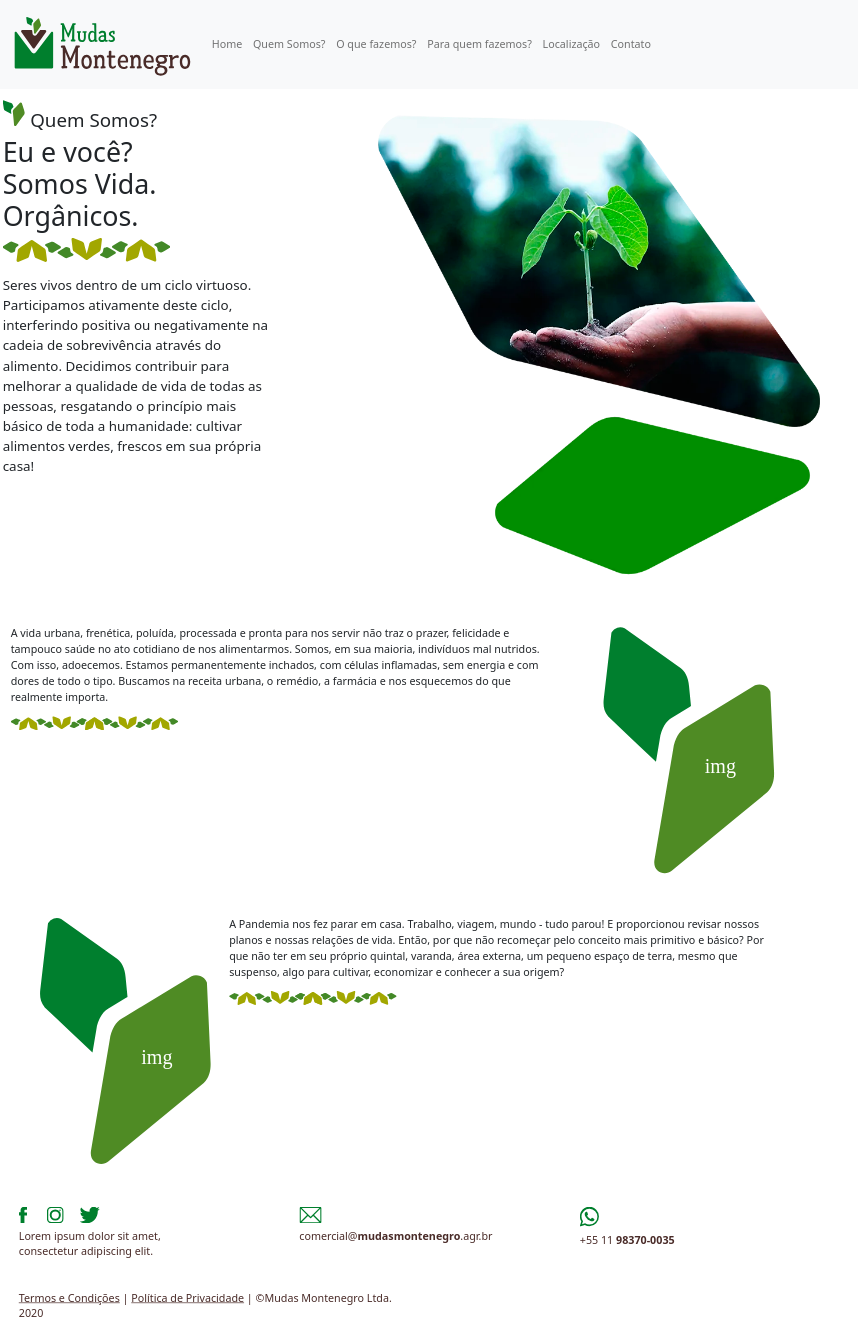
Repository: MaKnok/mudas-montenegro
Page: quem-somos.html
These files come from the project's save history. The page is drawn as it stood at one moment and after the next save; the edit follows.
The browser window is 1280 px wide. The page is 1292 px wide, so the pictures cover 1292 px, including what lies to the right of the window. The pictures show the whole page, at 67% of full size.
Some web libraries are served in a nearby version.

Above is the page before, as saved 2021-06-17 13:08:48.

### quem-somos.html
<!DOCTYPE html>
<html lang="pt-br">

<head>
    <meta charset="utf-8">
    <meta name="viewport" content="width=device-width, initial-scale=1">
    <link rel="icon" type="image/png" href="img/icons/favicon.png"/>
    <title>Mudas Montenegro</title>
    <link href="https://cdn.jsdelivr.net/npm/bootstrap@5.0.1/dist/css/bootstrap.min.css" rel="stylesheet" integrity="sha384-+0n0xVW2eSR5OomGNYDnhzAbDsOXxcvSN1TPprVMTNDbiYZCxYbOOl7+AMvyTG2x" crossorigin="anonymous">
    <script src="https://use.fontawesome.com/releases/v5.0.8/js/all.js"></script>
    <link href="style.css" rel="stylesheet">
</head>

<body>

<!-- Navigation -->
<nav class="navbar navbar-expand-md navbar-light bg-light sticky-top">

  <div class="container-fluid">

      <a class="navbar-brand logo" href="index.html"><img src="img/logo_mudas_mont.svg" alt="Mudas Montenegro"></a>

      <button class="navbar-toggler" type="button" data-toggle="collapse" data-target="#navbarResponsive">
          <span class="navbar-toggler-icon"></span>
      </button>

      <div class="collapse navbar-collapse" id="navbarResponsive">
       <ul class="navbar-nav ml-auto">
            <li class="nav-item active">
              <a class="nav-link" href="index.html">Home</a>
          </li>
            <li class="nav-item">
              <a class="nav-link" href="quem-somos.html">Quem Somos?</a>
            </li>
            <li class="nav-item">
              <a class="nav-link" href="o-que-fazemos.html">O que fazemos?</a>
            </li>
            <li class="nav-item">
              <a class="nav-link" href="para-quem-fazemos.html">Para quem fazemos?</a>
            </li>
            <li class="nav-item">
              <a class="nav-link" href="localizacao.html">Localização</a>
            </li>
            <li class="nav-item">
              <a class="nav-link" href="contato.html">Contato</a>
            </li>
        </ul>
      </div>

  </div>

</nav>

<!--- Intro -->


<div class="row jumbotron section-top">

          <div class="col-xs-12 col-sm-12 col-md-4 col-lg-4 col-xl-4  col-xxl-4 content-top">

            <h3 class="page-title">Quem Somos?</h3>

            <h1 class="page-slogan">
              Eu e você?<br/>
              Somos Vida.<br/>
              Orgânicos.
            </h1>

            <img src="img/leaves_sections.svg" class="leaves-home">

            <p class="lead">
              Seres vivos dentro de um ciclo virtuoso. Participamos ativamente deste ciclo, interferindo positiva ou negativamente na cadeia de sobrevivência através do alimento. Decidimos contribuir para melhorar a qualidade de vida de todas
              as pessoas, resgatando o princípio mais básico de toda a humanidade: cultivar alimentos verdes, frescos em sua própria casa!
            </p>

          </div>

          <div class="col-xs-12 col-sm-12 col-md-8 col-lg-8 col-xl-8  col-xxl-8 image-top">

                    <source srcset="img/leaves_desktop_img.webp 2x,img/leaves_desktop_img.webp"
                    media="(min-width: 992px)"/>

                    <img src="img/leaves_desktop_img.webp" class="img-fluid" alt="Muda">

          </div>

</div>




  <div class="container-fluid padding">

  <div class="row content">

    <div class="col-xs-12 col-sm-12 col-md-7 col-lg-7 col-xl-8">
      <p>
      A vida urbana, frenética, poluída, processada e pronta para nos servir não traz o prazer, felicidade e tampouco saúde no ato cotidiano de nos alimentarmos. Somos, em sua maioria, indivíduos mal nutridos.  Com isso, adoecemos. Estamos permanentemente inchados, com células inflamadas, sem energia e com dores de todo o tipo.
      Buscamos na receita urbana, o remédio, a farmácia e nos esquecemos do que realmente importa.
      </p>
      <img src="img/leaves_section_longer.svg" class="leaves-home">
    </div>

    <div class="col-xs-12 col-sm-12 col-md-4 col-lg-4 col-xl-3">
      <img src="img/img_temp.svg" class="float-left" alt="Vida urbana">
    </div>

  </div>




  <div class="container-fluid padding">

  <div class="row content pandemia">

    <div class="col-xs-12 col-sm-12 col-md-4 col-lg-4 col-xl-3 content-1">
        <img src="img/img_temp.svg" class="float-right" alt="Relações de Vida">
    </div>

    <div class="col-xs-12 col-sm-12 col-md-7 col-lg-7 col-xl-8 content-2">
        <p>
        A Pandemia nos fez parar em casa. Trabalho, viagem, mundo - tudo parou!
        E proporcionou revisar nossos planos e nossas relações de vida. Então, por que não recomeçar pelo conceito mais primitivo e básico? Por que não ter em seu próprio quintal, varanda, área externa, um pequeno espaço de terra, mesmo que suspenso, algo para cultivar, economizar e conhecer a sua origem?
        </p>
        <img src="img/leaves_section_longer.svg" class="leaves-home">
    </div>

  </div>

  </div>






<!--- Footer -->
<footer>

  <div class="container-fluid padding">

    <div class="row text-left">

      <div class="col-md-4">

        <ul class="social-icons">
            <li class="social-icon social-icon_first"><a href="#"><img src="img/icons/facebook.svg"></a></li>
            <li class="social-icon social-icon_second"><a href="#"><img src="img/icons/instagram.svg"></a></li>
            <li class="social-icon social-icon_third"><a href="#"><img src="img/icons/twitter.svg"></a></li>
        </ul>
        <p>Lorem ipsum dolor sit amet, <br/>consectetur adipiscing elit.</p>

      </div>

      <div class="col-md-4">

        <img src="img/icons/mail.svg" class="contact-icon">
        <p>comercial@<span class="phrase-bold">mudasmontenegro</span>.agr.br</p>

      </div>

      <div class="col-md-4">

        <img src="img/icons/whatsapp.svg" class="contact-icon contact-icon-zap">
        <p>+55 11 <span class="phrase-bold">98370-0035</span></p>

      </div>

    </div>

    <div class="row text-left">
        <div class="col-md-6">
          <p class="terms-conditions"><a href="#">Termos e Condições</a> | <a href="#">Política de Privacidade</a> | ©Mudas Montenegro Ltda. 2020 </p>
        </div>
    </div>

  </div>

</footer>

</div>

<script src="https://cdn.jsdelivr.net/npm/bootstrap@5.0.1/dist/js/bootstrap.bundle.min.js" integrity="sha384-gtEjrD/SeCtmISkJkNUaaKMoLD0//ElJ19smozuHV6z3Iehds+3Ulb9Bn9Plx0x4" crossorigin="anonymous"></script>

</body>
</html>

### style.css
@import url("https://fonts.googleapis.com/css2?family=Fira+Sans:ital,wght@0,200;0,300;0,400;0,500;0,600;0,700;1,200;1,300;1,400;1,500;1,600;1,700&display=swap");

/*---Media Queries --*/

html {
  -webkit-box-sizing: border-box;
  -moz-box-sizing: border-box;
  box-sizing: border-box;
}

*,
*:before,
*:after {
  -webkit-box-sizing: border-box;
  -moz-box-sizing: border-box;
  box-sizing: inherit;
}

@media (min-width: 992px) {
  .leaves-home {
    width: 250px;
    margin-bottom: 20px;
  }

  .logo {
    width: 280px;
  }

  .phrase-home {
    font-size: 35px;
    line-height: 45px;
  }

  .carousel-caption {
    width: 550px;
    z-index: 10;
    color: #fff;
    text-align: left;
    top: 40%;
    left: 10%;
    bottom: auto;
    -webkit-transform: translate(0, -50%);
    -ms-transform: translate(0, -50%);
    transform: translate(0, -50%);
  }
}

@media (max-width: 991.98px) {
  .leaves-home {
    width: 190px;
    margin-bottom: 15px;
  }

  .logo {
    width: 220px;
  }

  .phrase-home {
    font-size: 30px;
    line-height: 40px;
  }

  .carousel-caption {
    width: 400px;
    z-index: 10;
    color: #fff;
    text-align: left;
    top: 35%;
    left: 10%;
    bottom: auto;
    -webkit-transform: translate(0, -50%);
    -ms-transform: translate(0, -50%);
    transform: translate(0, -50%);
  }
}

@media (max-width: 767.98px) {
  .carousel-caption {
    width: 400px;
    z-index: 10;
    color: #fff;
    text-align: left;
    top: 35%;
    left: 10%;
    bottom: auto;
    -webkit-transform: translate(0, -50%);
    -ms-transform: translate(0, -50%);
    transform: translate(0, -50%);
  }

  .leaves-home {
    width: 190px;
    margin-bottom: 20px;
  }

  .logo {
    width: 220px;
  }

  .pandemia {
    display: flex;
  }

  .pandemia > .content-2 {
    order: -1;
  }

  .phrase-home {
    font-size: 25px;
    line-height: 35px;
  }

  .section-top {
    display: flex;
  }

  .section-top > .image-top {
    order: -1;
  }
}

@media (max-width: 575.98px) {
  .carousel-caption {
    width: 200px;
    z-index: 10;
    color: #fff;
    text-align: left;
    top: 50%;
    left: 8%;
    bottom: auto;
    -webkit-transform: translate(0, -50%);
    -ms-transform: translate(0, -50%);
    transform: translate(0, -50%);
  }

  .leaves-home {
    width: 130px;
    margin-bottom: 10px;
  }

  .logo {
    width: 180px;
  }

  .phrase-home {
    font-size: 16px;
    line-height: 24px;
  }
}

/*---Firefox Bug Fix --*/
.carousel-item {
  transition: -webkit-transform 0.5s ease;
  transition: transform 0.5s ease;
  transition: transform 0.5s ease, -webkit-transform 0.5s ease;
  -webkit-backface-visibility: visible;
  backface-visibility: visible;
  background-color: #000;
}

/*--- Fixed Background Image --*/
figure {
  position: relative;
  width: 100%;
  height: 60%;
  margin: 0 !important;
}

footer {
  background-color: #fff;
  color: #492b28;
  line-height: 22px;
}

ul,
ol,
li {
  list-style: none;
}

ul {
  padding-inline-start: 0;
  margin-bottom: 0.5rem;
}

.fixed-wrap {
  clip: rect(0, auto, auto, 0);
  position: absolute;
  top: 0;
  left: 0;
  width: 100%;
  height: 100%;
}

#fixed {
  background-image: url("img/mac.png");
  position: fixed;
  display: block;
  top: 0;
  left: 0;
  width: 100%;
  height: 100%;
  background-size: cover;
  background-position: center center;
  -webkit-transform: translateZ(0);
  transform: translateZ(0);
  will-change: transform;
}
/*--- Bootstrap Padding Fix --*/
[class*="col-"] {
  padding: 1rem;
}

.carousel-caption {
  text-align: left;
}

.contact-icon {
  margin-bottom: 0.5rem;
}

.page-title {
  font-weight: ;
}

.page-title::before {
  content: "";
  display: inline-block;
  background-image: url(img/icons/leaves.svg);
  background-size: 33px 40px;
  width: 33px;
  height: 40px;
  margin-right: 8px;
}

.phrase-home {
  font-family: "Fira Sans", sans-serif;
}

.phrase-bold {
  font-weight: 600;
}

.picture-home {
  opacity: 0.7;
}

.section-top {
  background-color: #fff;
}

.social-icons {
  text-align: left;
}

.social-icon:not(:first-child) {
  margin-left: 20px;
}

.social-icon:first-child {
  margin-right: 5px;
}

.social-icon {
  display: inline-block;
}

.social-icon > a > img,
.contact-icon {
  height: 25px;
}

.contact-icon-zap {
  height: 30px;
}

.terms-conditions a {
  color: #492b28;
}

.wrapper {
  padding: 0 2em;
}

/*
Extra small (xs) devices (portrait phones, less than 576px)
No media query since this is the default in Bootstrap

Small (sm) devices (landscape phones, 576px and up)
@media (min-width: 576px) { ... }

Medium (md) devices (tablets, 768px and up)
@media (min-width: 768px) { ... }

Large (lg) devices (desktops, 992px and up)
@media (min-width: 992px) { ... }

Extra (xl) large devices (large desktops, 1200px and up)
@media (min-width: 1200px) { ... }
*/

After the next save:
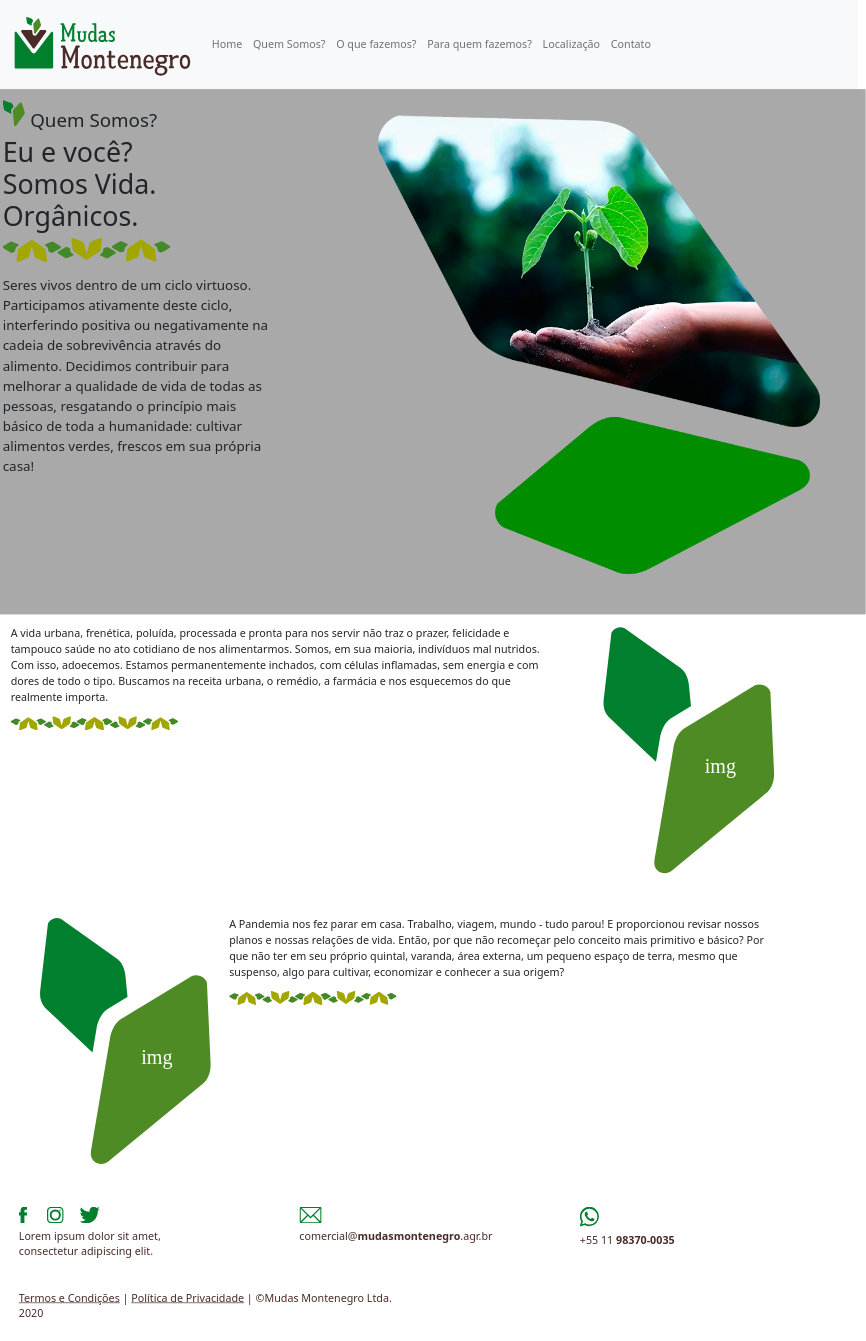
Saved 5 min 0 s later.
--- a/quem-somos.html
+++ b/quem-somos.html
@@ -54,7 +54,7 @@
 <!--- Intro -->
 
 
-<div class="row jumbotron section-top">
+<div class="row jumbotron section-top" style="background-color: darkgrey;">
 
           <div class="col-xs-12 col-sm-12 col-md-4 col-lg-4 col-xl-4  col-xxl-4 content-top">
 
@@ -83,7 +83,6 @@
                     <img src="img/leaves_desktop_img.webp" class="img-fluid" alt="Muda">
 
           </div>
-
 </div>
 
 
